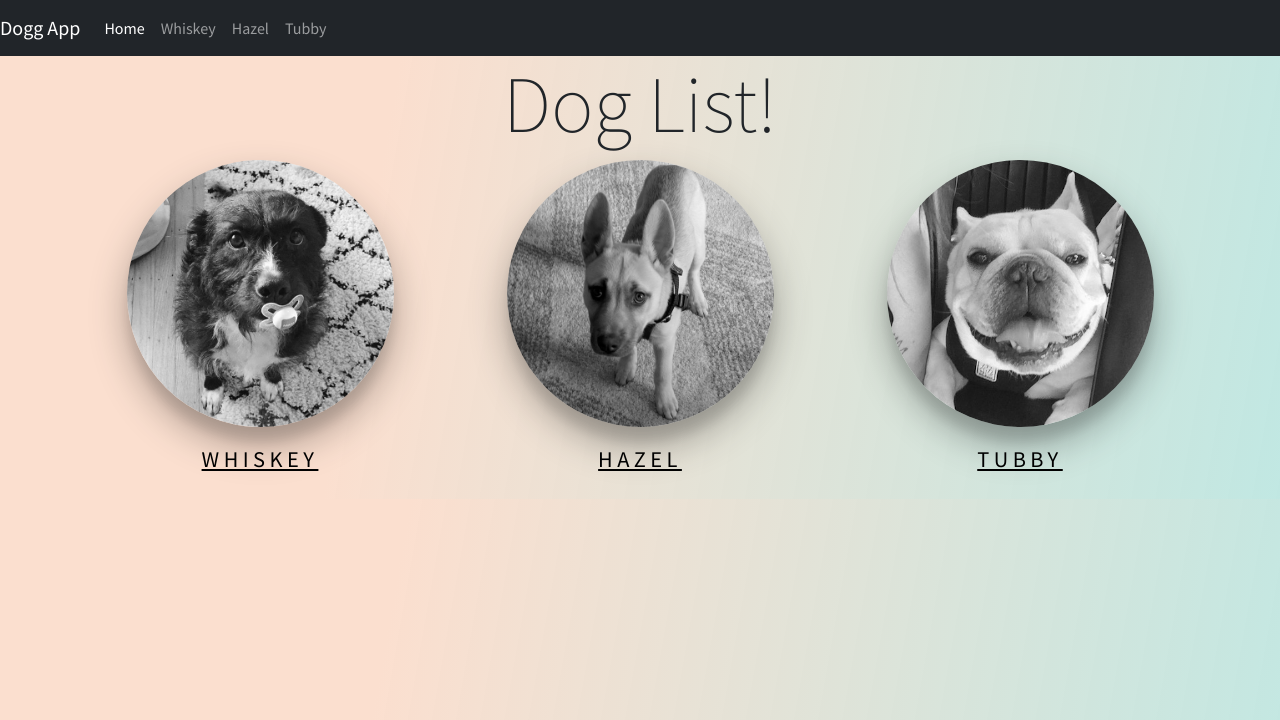
Repository: zhapar/dogs
Page: /dogs
These files come from the project's save history. The page is drawn as it stood at one moment and after the next save; the edit follows.
The browser window is 1280 px wide. The pictures show the whole page.
The project was rebuilt for these pictures with package versions that can differ from the ones it lists, and the page was loaded fresh each time. A package was used in the major version that the imports need, not the one package.json lists. Also part of the build but not shown: src/DogDetails.js, src/App.css.

Above is the page before, as saved 2020-09-06 13:07:25.

### src/index.js
import React from "react";
import ReactDOM from "react-dom";
import "bootstrap";
import "bootstrap/dist/css/bootstrap.min.css";
import { BrowserRouter } from "react-router-dom";
import "./index.css";
import App from "./App";
import * as serviceWorker from "./serviceWorker";

ReactDOM.render(
  <React.StrictMode>
    <BrowserRouter>
      <App />
    </BrowserRouter>
  </React.StrictMode>,
  document.getElementById("root")
);

// If you want your app to work offline and load faster, you can change
// unregister() to register() below. Note this comes with some pitfalls.
// Learn more about service workers: https://bit.ly/CRA-PWA
serviceWorker.unregister();

### src/index.css
@import url('https://fonts.googleapis.com/css2?family=Source+Sans+Pro:wght@200;400&display=swap');

body {
  margin: 0;
  font-family: 'Source Sans Pro', sans-serif;
  -webkit-font-smoothing: antialiased;
  -moz-osx-font-smoothing: grayscale;
  background: linear-gradient(100deg,
      rgba(250, 215, 195, 0.8) 30%,
      #b0eae8 120%);
}

code {
  font-family: source-code-pro, Menlo, Monaco, Consolas, 'Courier New',
    monospace;
}

### src/App.js
import React, { Component } from "react";
import Navbar from "./Navbar";
import Routes from "./Routes";
import whiskey from "./images/whiskey.jpg";
import hazel from "./images/hazel.jpg";
import tubby from "./images/tubby.jpg";
import "./App.css";

class App extends Component {
  static defaultProps = {
    dogs: [
      {
        name: "Whiskey",
        age: 5,
        src: whiskey,
        facts: [
          "Whiskey loves eating popcorn.",
          "Whiskey is a terrible guard dog.",
          "Whiskey wants to cuddle with you!",
        ],
      },
      {
        name: "Hazel",
        age: 3,
        src: hazel,
        facts: [
          "Hazel has soooo much energy!",
          "Hazel is highly intelligent.",
          "Hazel loves people more than dogs.",
        ],
      },
      {
        name: "Tubby",
        age: 4,
        src: tubby,
        facts: [
          "Tubby is not the brightest dog",
          "Tubby does not like walks or exercise.",
          "Tubby loves eating food.",
        ],
      },
    ],
  };
  render() {
    return (
      <div>
        <Navbar dogs={this.props.dogs} />
        <div className="container">
          <Routes dogs={this.props.dogs} />
        </div>
      </div>
    );
  }
}

export default App;

### src/Navbar.js
import React, { Component } from "react";
import { NavLink, Link } from "react-router-dom";

class Navbar extends Component {
  render() {
    const dogLinks = this.props.dogs.map((dog) => (
      <li className="navbar-item" key={dog.name}>
        <NavLink exact to={`/dogs/${dog.name}`} className="nav-link">
          {dog.name}
        </NavLink>
      </li>
    ));
    return (
      <nav className="navbar navbar-expand-lg navbar-dark bg-dark">
        <Link to="/dogs" className="navbar-brand">
          Dogg App
        </Link>
        <button
          className="navbar-toggler"
          type="button"
          data-toggle="collapse"
          data-target="#navbarNav"
          aria-expanded="false"
          aria-label="Toggle navigation"
        >
          <span className="navbar-toggler-icon"></span>
        </button>
        <div className="collapse navbar-collapse" id="navbarNav">
          <ul className="navbar-nav">
            <li className="navbar-item">
              <NavLink exact to="/dogs" className="nav-link">
                Home
              </NavLink>
            </li>
            {dogLinks}
          </ul>
        </div>
      </nav>
    );
  }
}

export default Navbar;

### src/Routes.js
import React, { Component } from "react";
import { Switch, Route, Redirect } from "react-router-dom";
import DogList from "./DogList";
import DogDetails from "./DogDetails";

class Routes extends Component {
  render() {
    const getDog = (props) => {
      const name = props.match.params.name;
      const currentDog = this.props.dogs.find(
        (dog) => dog.name.toLowerCase() === name.toLowerCase()
      );
      return <DogDetails {...props} dog={currentDog} />;
    };
    return (
      <Switch>
        <Route
          exact
          path="/dogs"
          render={() => <DogList dogs={this.props.dogs} />}
        />
        <Route exact path="/dogs/:name" render={getDog} />
        <Redirect to="/dogs" />
      </Switch>
    );
  }
}

export default Routes;

### src/DogList.js
import React, { Component } from "react";
import { Link } from "react-router-dom";
import "./DogList.css";

class DogList extends Component {
  render() {
    return (
      <div className="DogList">
        <h1 className="display-1 text-center">Dog List!</h1>
        <div className="row">
          {this.props.dogs.map((d) => (
            <div className="Dog col-md-6 col-lg-4 text-center" key={d.name}>
              <img src={d.src} alt={d.name} />
              <h3>
                <Link className="underline" to={`/dogs/${d.name}`}>
                  {d.name}
                </Link>
              </h3>
            </div>
          ))}
        </div>
      </div>
    );
  }
}

export default DogList;

### src/DogList.css
.Dog img {
  width: 75%;
  border-radius: 50%;
  filter: grayscale();
  box-shadow: 0 19px 38px rgba(0, 0, 0, 0.3), 0 15px 12px rgba(0, 0, 0, 0.1);
}

.Dog:hover img {
  filter: none;
}

.Dog .underline {
  border: 4px solid transparent;
  display: inline-block;
  vertical-align: top;
  line-height: 36px;
  text-transform: uppercase;
  color: #000000;
  letter-spacing: 0.2em;
  text-align: center;
  font-size: 1.4rem;
  margin: 10px;
  position: relative;
}

Loaded but not shown: public/index.html (common file); src/serviceWorker.js (common file)

After the next save:
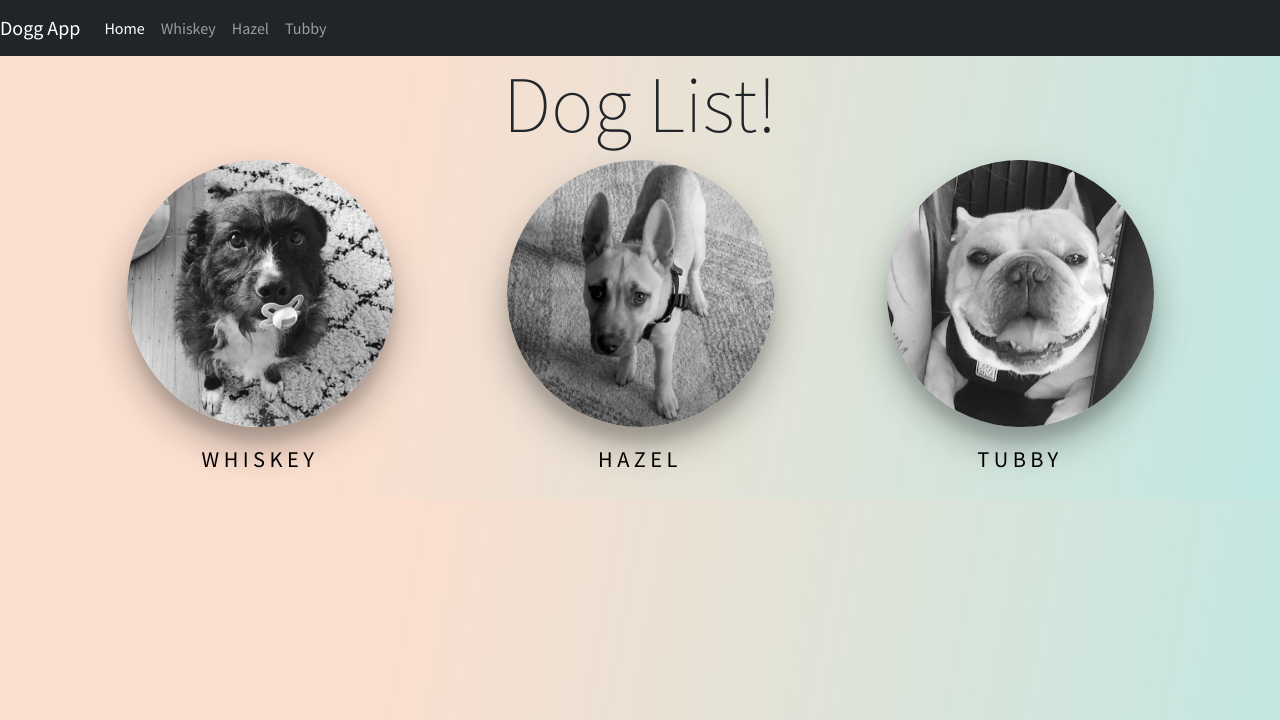
Saved 5 s later.
--- a/src/DogList.css
+++ b/src/DogList.css
@@ -10,6 +10,7 @@
 }
 
 .Dog .underline {
+  text-decoration: none;
   border: 4px solid transparent;
   display: inline-block;
   vertical-align: top;
